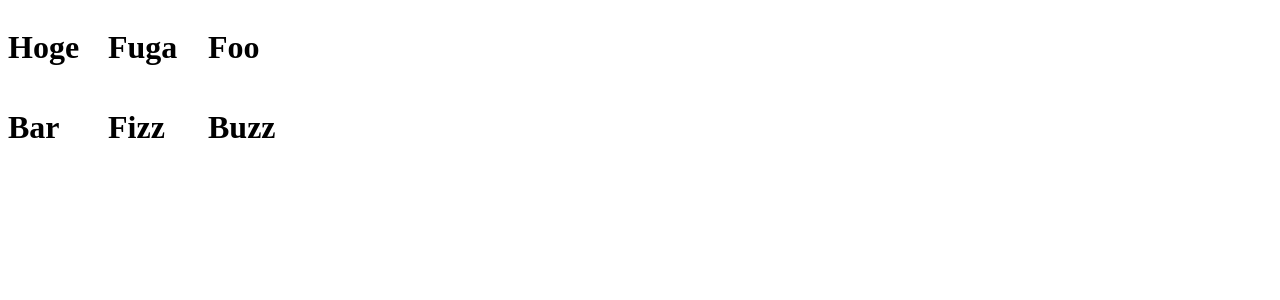
Repository: Yuuki-JP/samurai_HTML-CSS
Page: index.html
The author's editor kept a record of every edit. The page is drawn from the files as they stood at one moment, then again after the next edit.
The browser window is 1280 px wide. The pictures show the whole page.

Above is the page before.

### index.html
<!DOCTYPE HTML>
<html lang="ja">
    <head>
        <style>
            #grid {
                display: grid;
                grid-template-columns: 100px 100px 100px
            }
        </style>
    </head>
    <body>
        <div id="grid">
            <h1>Hoge</h1>
            <h1>Fuga</h1>
            <h1>Foo</h1>
            <h1>Bar</h1>
            <h1>Fizz</h1>
            <h1>Buzz</h1>
        </div>
    </body>
</html>

After the next edit:
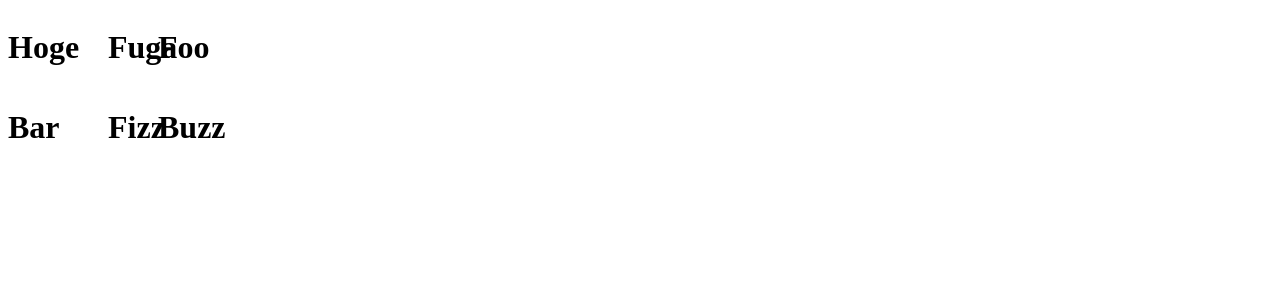
The edit:
--- a/index.html
+++ b/index.html
@@ -4,7 +4,7 @@
         <style>
             #grid {
                 display: grid;
-                grid-template-columns: 100px 100px 100px
+                grid-template-columns: 100px 50px 100px
             }
         </style>
     </head>
